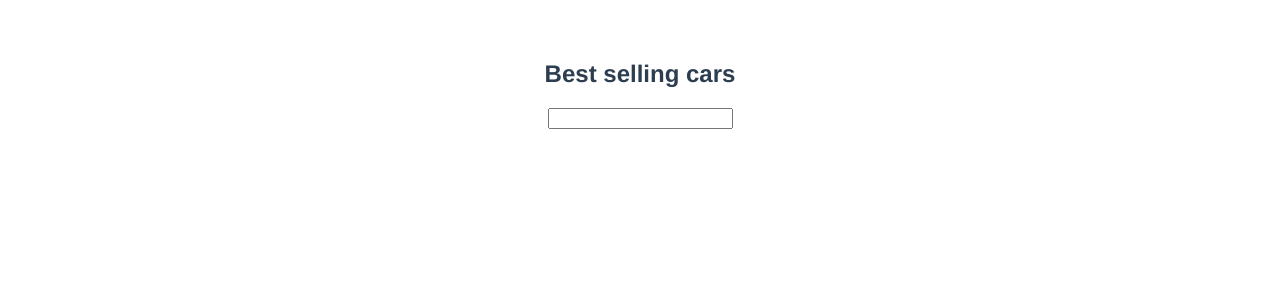
Repository: shadowmare358/vueVinCheck
Page: /
An editor plug-in stored every save of this project. The page is shown before and after the next save, followed by the edit.
The browser window is 1280 px wide. The pictures show the whole page.
The project was rebuilt for these pictures with package versions that can differ from the ones it lists, and the page was loaded fresh each time.

Above is the page before, as saved 2019-10-24 09:34:30.

### public/index.html
<!DOCTYPE html>
<html lang="en">
  <head>
    <meta charset="utf-8">
    <meta http-equiv="X-UA-Compatible" content="IE=edge">
    <meta name="viewport" content="width=device-width,initial-scale=1.0">
    <link rel="icon" href="<%= BASE_URL %>favicon.ico">
    <title>vue-carconfig</title>
  </head>
  <body>
    <noscript>
      <strong>We're sorry but vue-carconfig doesn't work properly without JavaScript enabled. Please enable it to continue.</strong>
    </noscript>
    <div id="app"></div>
    <!-- built files will be auto injected -->
  </body>
</html>

### src/App.vue
<template>
  <div id="app">
    <search></search>
  </div>
</template>

<script>
import Search from './components/Search.vue'

export default {
  name: 'app',
  components: {
    Search
  }
}

</script>

<style>
#app {
  font-family: 'Avenir', Helvetica, Arial, sans-serif;
  -webkit-font-smoothing: antialiased;
  -moz-osx-font-smoothing: grayscale;
  text-align: center;
  color: #2c3e50;
  margin-top: 60px;
}
</style>

### src/components/Search.vue
<template>
    <div class="search">
        <h2>Best selling cars</h2>
    <form v-on:submit.prevent="getResult(query)">
        <input type="text" v-model="query"/>
        <h1>{{query}}</h1>
    </form>
    </div>


</template>

<script>
    export default {
        name: "search",
        data(){
            return{
                msg: "Search",
                query: "",
                results: ''
            }
        },
        methods: {

           async getResult(){
               const api_key = "NuJ2q06UO5TRrFU2QfhteMzvIPRz5sNu";
              const response = await fetch(`http://api.marketcheck.com/v1/popular/cars?api_key=${api_key}&car_type=new`,{
                  credentials: "same-origin",
               mode: 'no-cors',
                header: {
            'Access-Control-Allow-Origin':'*',
                }
               })
               const myJson = await response.json();
              alert(myJson);
            }
        }
    }
</script>

<style lang="scss" scoped>

</style>

Loaded but not shown: src/main.js (common file)

After the next save:
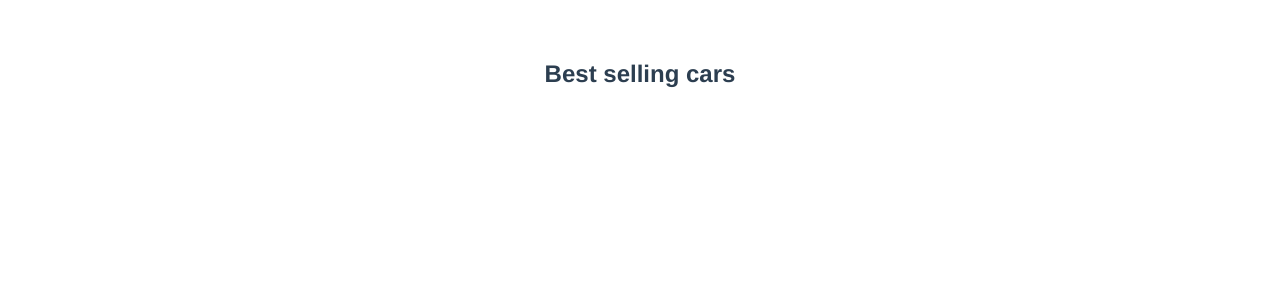
Saved 48 min 57 s later.
--- a/src/components/Search.vue
+++ b/src/components/Search.vue
@@ -2,8 +2,6 @@
     <div class="search">
         <h2>Best selling cars</h2>
     <form v-on:submit.prevent="getResult(query)">
-        <input type="text" v-model="query"/>
-        <h1>{{query}}</h1>
     </form>
     </div>
 
